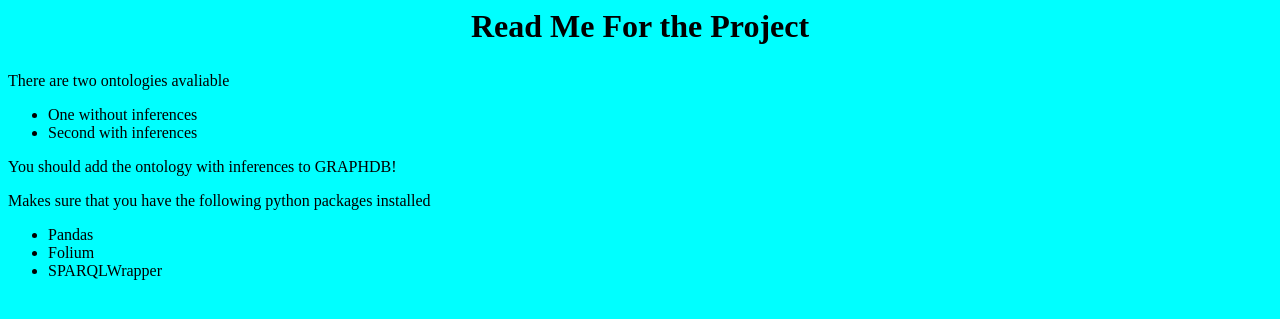
Repository: pawelpiwowarski/Knowledge_and_Data
Page: README.html
These files come from the project's save history. The page is drawn as it stood at one moment and after the next save; the edit follows.
The browser window is 1280 px wide. The pictures show the whole page.

Above is the page before, as saved 2022-10-27 22:07:30.

After the next save:
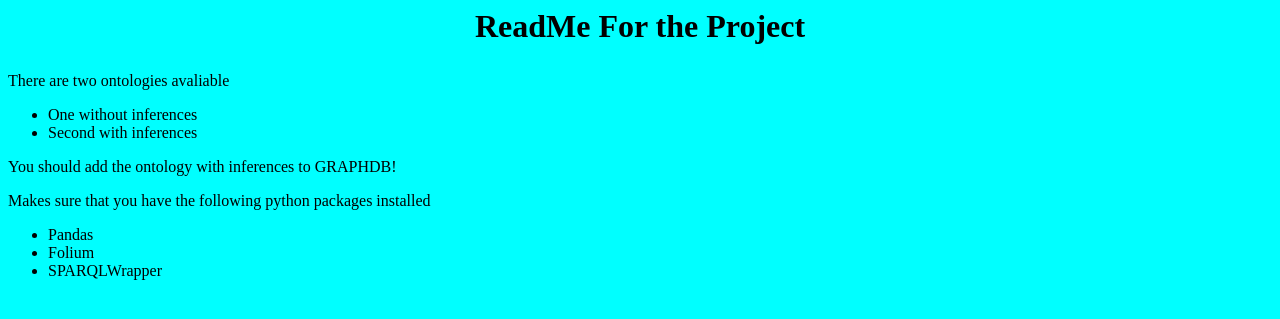
Saved 7 s later.
--- a/README.html
+++ b/README.html
@@ -15,7 +15,7 @@ body { font-family: 'Times New Roman', Times, serif; font-size: 12pt; background
 </style>
 </head>
 <body>
-<h2 id="title"> Read Me For the Project</h2>
+<h2 id="title"> ReadMe For the Project</h2>
 <p> There are two ontologies avaliable</p>
 <ul>
 <li>
